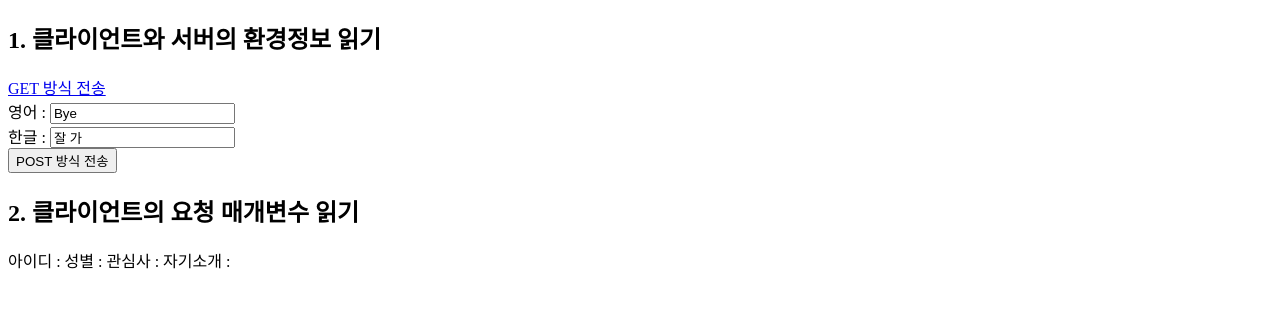
Repository: iamstudybox00/JSP_Servlet
Page: http://localhost/MustHaveJSP/02ImplicitObject/RequestMain.jsp
These files come from the project's save history. The page is drawn as it stood at one moment and after the next save; the edit follows.
The browser window is 1280 px wide. The pictures show the whole page.
The page is served by Tomcat 10.

Above is the page before, as saved 2025-05-02 05:49:42.

After the next save:
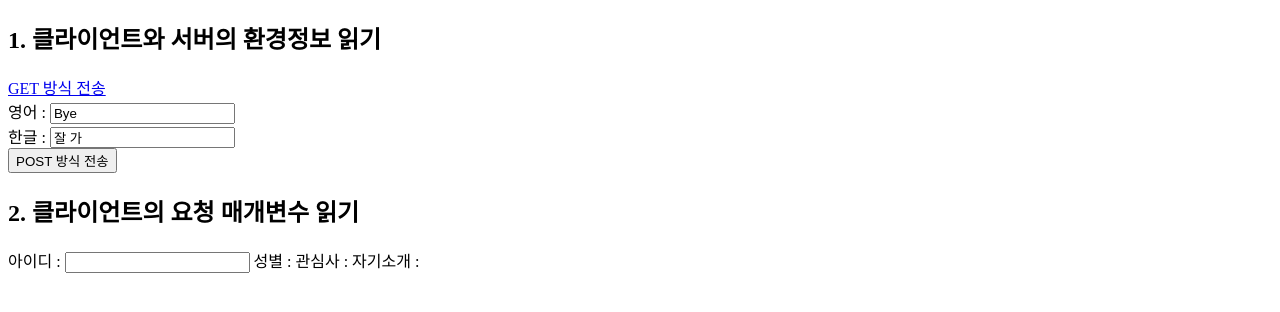
Saved 35 s later.
--- a/MustHaveJSP/src/main/webapp/02ImplicitObject/RequestMain.jsp
+++ b/MustHaveJSP/src/main/webapp/02ImplicitObject/RequestMain.jsp
@@ -20,7 +20,7 @@
 
 		<h2>2. 클라이언트의 요청 매개변수 읽기</h2>
 		<form method="post" action="RequestParameter.jsp">
-			아이디 :
+			아이디 : <input type="text" name="id" value="" />
 			성별 :
 			관심사 :
 			자기소개 :
